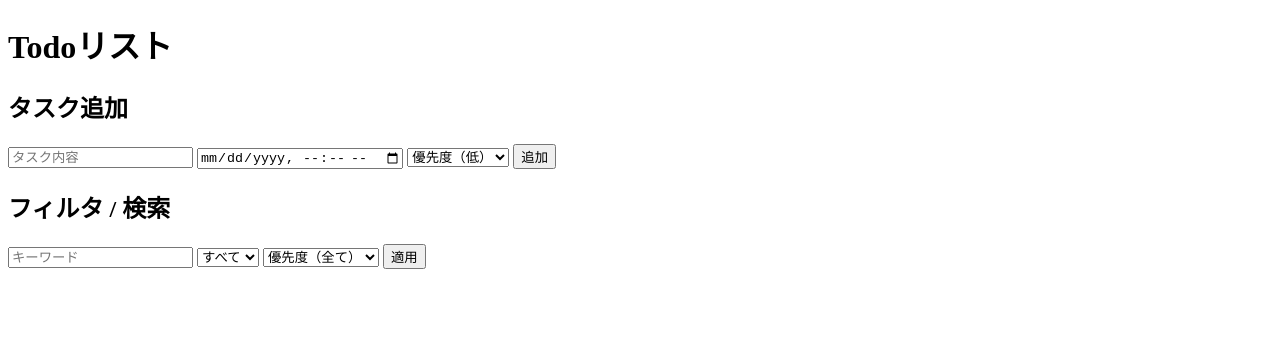
Repository: 1117wata/todo_enhanced
Page: http://localhost/
These files come from the project's save history. The page is drawn as it stood at one moment and after the next save; the edit follows.
The browser window is 1280 px wide. The pictures show the whole page.
The page is run by PHP 8.4 with error messages shown; the project is at /var/www/html/.

Above is the page before, as saved 2025-06-19 10:55:36.

### index.php
<!DOCTYPE html>
<html lang="ja">
<head>
    <meta charset="UTF-8">
    <meta name="viewport" content="width=device-width, initial-scale=1.0">
    <title>Todoリスト</title>
</head>
<body>
    <h1>Todoリスト</h1>
    <article> <!-- タスク追加 -->
        <h2>タスク追加</h2>
            <input type="text" name="task" placeholder="タスク内容">
            <input type="datetime-local" name="duedate">
            <select name="priority">
                <option value="low">優先度（低）</option>
                <option value="medium">中</option>
                <option value="high">高</option>
            </select>
            <input type="submit" name="add" value="追加">
     </article>
     <article>
        <h2>フィルタ / 検索</h2> <!-- フィルタ/検索 -->
            <input type="text" name="task" placeholder="キーワード">
            <select name="datetime">
                <option value="alltime">すべて</option>
            </select>
            <select name="priority">
                <option value="all">優先度（全て）</option>
                <option value="low">低</option>
                <option value="medium">中</option>
                <option value="high">高</option>
            </select>
            <input type="submit" name="search" value="適用">
     </article>
</body>
</html>

After the next save:
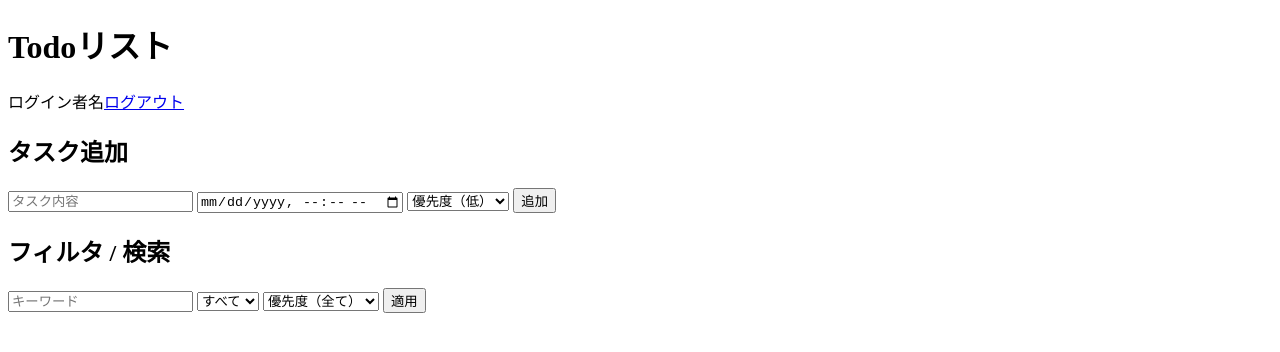
Saved 3 min 59 s later.
--- a/index.php
+++ b/index.php
@@ -7,6 +7,7 @@
 </head>
 <body>
     <h1>Todoリスト</h1>
+    <p>ログイン者名<a href="logout.php">ログアウト</a></p>
     <article> <!-- タスク追加 -->
         <h2>タスク追加</h2>
             <input type="text" name="task" placeholder="タスク内容">
